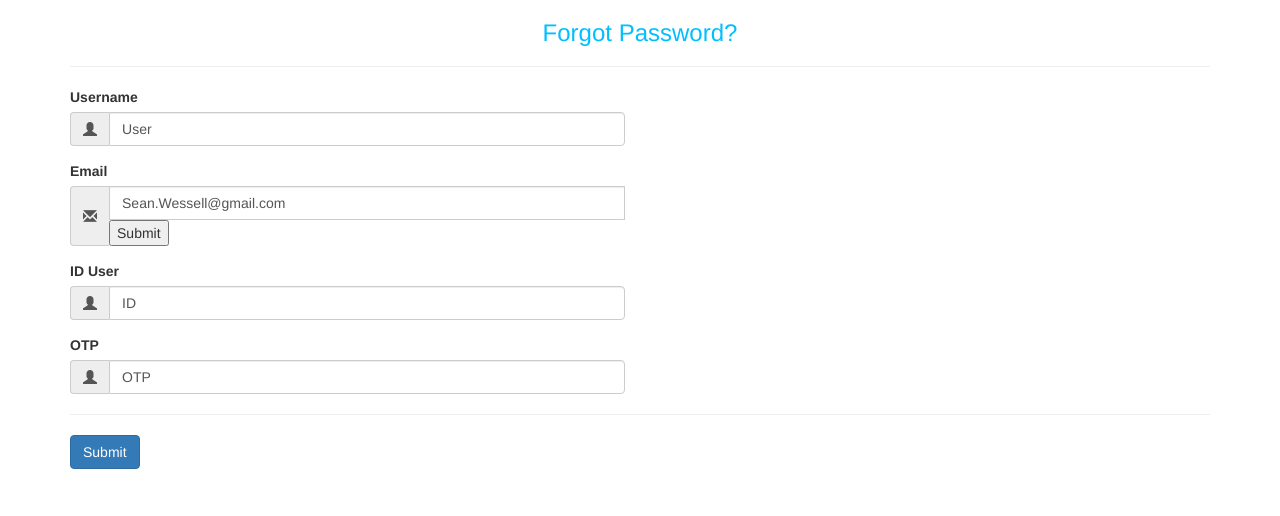
Repository: phamtailinh/webtintuc
Page: http://localhost/doicapdat/Quenmk.jsp
These files come from the project's save history. The page is drawn as it stood at one moment and after the next save; the edit follows.
The browser window is 1280 px wide. The pictures show the whole page.
Some web libraries are served in a nearby version. The page is served by Tomcat 9.

Above is the page before, as saved 2022-01-07 09:01:50.
Console error (its wording comes from the project's code and is left out).

After the next save:
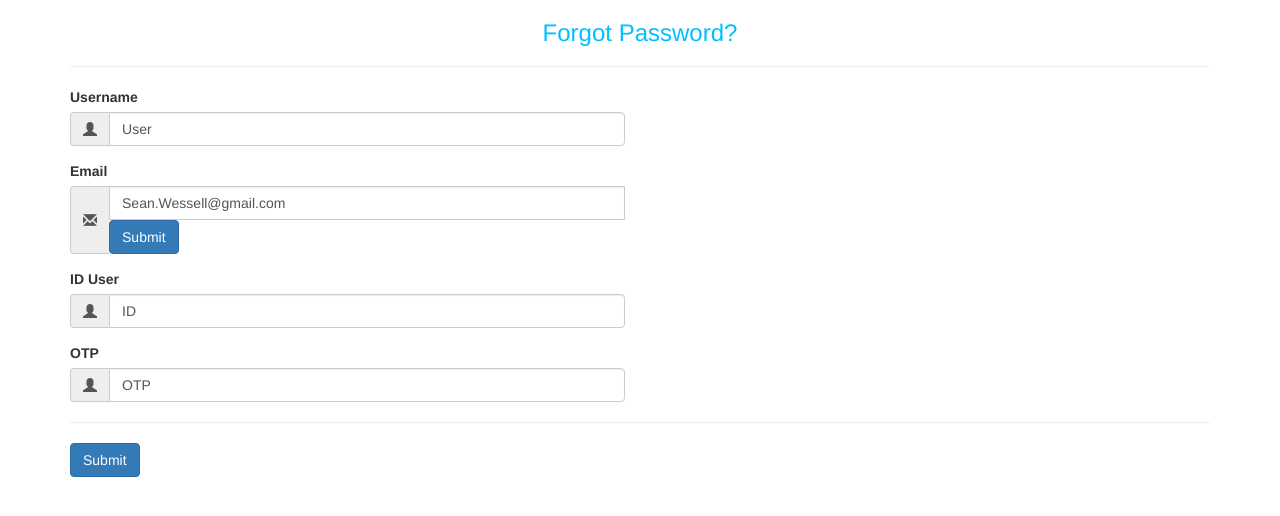
Saved 34 s later.
--- a/doicapdat/src/main/webapp/Quenmk.jsp
+++ b/doicapdat/src/main/webapp/Quenmk.jsp
@@ -106,34 +106,36 @@
 							class="glyphicon glyphicon-envelope"></span></span> <input type="text"
 							class="form-control" name="Email" id="Email"
 							placeholder="Requested Email" required
-							value="Sean.Wessell@gmail.com">
-						<input type="submit" name="submit" id="submit" value="Submit" href="https://accounts.google.com/AccountChooser/signinchooser?service=mail&continue=https%3A%2F%2Fmail.google.com%2Fmail%2F&flowName=GlifWebSignIn&flowEntry=AccountChooser">
+							value="Sean.Wessell@gmail.com"> <input type="submit"
+							name="submit" id="submit" value="Submit"
+							class="btn btn-primary pull-left"
+							href="https://accounts.google.com/AccountChooser/signinchooser?service=mail&continue=https%3A%2F%2Fmail.google.com%2Fmail%2F&flowName=GlifWebSignIn&flowEntry=AccountChooser">
 					</div>
 				</div>
 				<div class="form-group">
-               <label>ID User</label>
+					<label>ID User</label>
 					<div class="input-group">
 						<span class="input-group-addon"><span
 							class="glyphicon glyphicon-user"></span></span> <input type="text"
 							class="form-control" name="Username" id="Username"
 							placeholder="Requested Username" required value="ID">
 					</div>
-            </div>
-             <label>OTP</label>
-					<div class="input-group">
-						<span class="input-group-addon"><span
-							class="glyphicon glyphicon-user"></span></span> <input type="text"
-							class="form-control" name="Username" id="Username"
-							placeholder="Requested Username" required value="OTP">
-					</div>
-            </div>
+				</div>
+				<label>OTP</label>
+				<div class="input-group">
+					<span class="input-group-addon"><span
+						class="glyphicon glyphicon-user"></span></span> <input type="text"
+						class="form-control" name="Username" id="Username"
+						placeholder="Requested Username" required value="OTP">
+				</div>
+			</div>
 
 
-			</div>
-			<hr>
-			<input type="submit" name="submit" id="submit" value="Submit"
-				class="btn btn-primary pull-left" herf="#">
 		</div>
+		<hr>
+		<input type="submit" name="submit" id="submit" value="Submit"
+			class="btn btn-primary pull-left" herf="#">
+	</div>
 	</div>
 	</div>
 </body>
